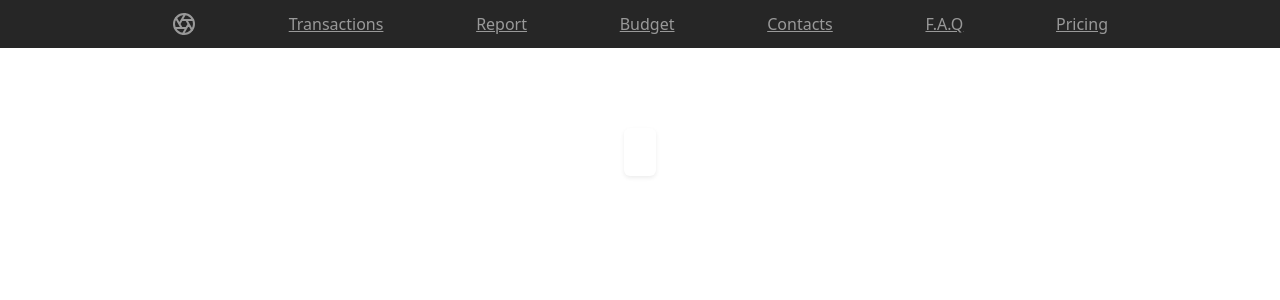
Repository: Nuriddinkhuja/budget-app-advanced
Page: index.html
These files come from the project's save history. The page is drawn as it stood at one moment and after the next save; the edit follows.
The browser window is 1280 px wide. The pictures show the whole page.
Some web libraries are served in a nearby version.

Above is the page before, as saved 2019-12-17 14:50:21.

After the next save:
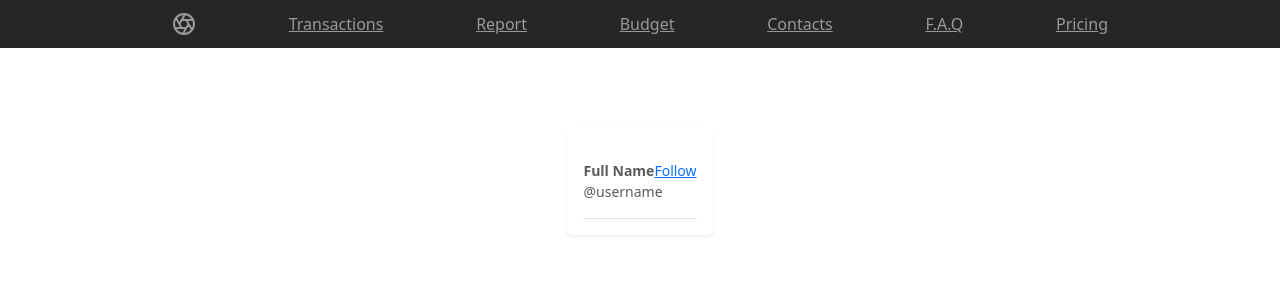
Saved 26 s later.
--- a/index.html
+++ b/index.html
@@ -26,7 +26,13 @@
             <div class="col-md-auto">
                 <div class="my-3 p-3 bg-white rounded shadow-sm">
                     <div class="media text-muted pt-3">
-
+                        <div class="media-body pb-3 mb-0 small lh-125 border-bottom border-gray">
+                            <div class="d-flex justify-content-between align-items-center w-100">
+                                <strong class="text-gray-dark">Full Name</strong>
+                                <a href="#">Follow</a>
+                            </div>
+                            <span class="d-block">@username</span>
+                        </div>
                     </div>
                 </div>
             </div>
